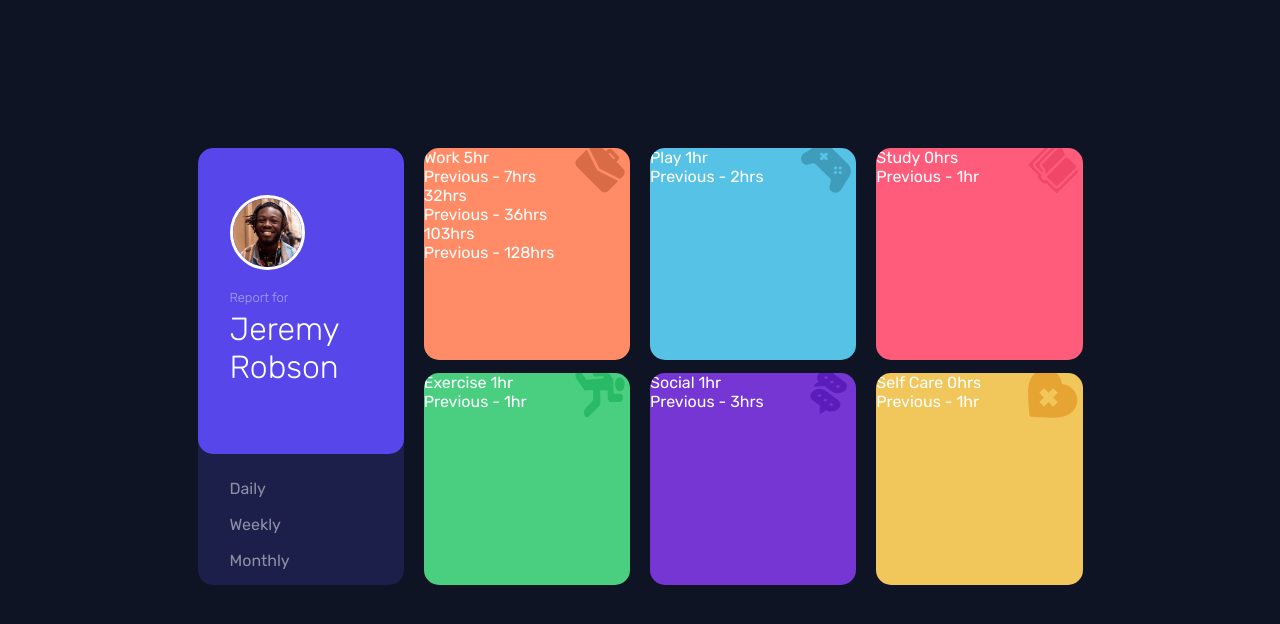
Repository: 3mr-5aled/time-tracking-dashboard-Junior
Page: index.html
The author's editor kept a copy of each file at every save. The page is drawn from the files as they stood at one save, then again after the next save.
The browser window is 1280 px wide. The pictures show the whole page.

Above is the page before, as saved 2022-12-27 20:39:08.

### index.html
<!DOCTYPE html>
<html lang="en">
  <head>
    <meta charset="UTF-8" />
    <meta name="viewport" content="width=device-width, initial-scale=1.0" />
    <!-- displays site properly based on user's device -->

    <link
      rel="icon"
      type="image/png"
      sizes="32x32"
      href="./images/favicon-32x32.png"
    />
    <link rel="stylesheet" href="style.css" />

    <title>Frontend Mentor | Time tracking dashboard</title>

    <!-- Feel free to remove these styles or customise in your own stylesheet 👍 -->
    <style>
      .attribution {
        display: none;
        font-size: 11px;
        text-align: center;
      }
      .attribution a {
        color: hsl(228, 45%, 44%);
      }
    </style>
  </head>
  <body>
    <div class="main">
      <div class="user">
        <div class="userData">
          <img src="images/image-jeremy.png" alt="userFace" />
          <div class="userInfo">
            <p>Report for</p>
            <span>Jeremy Robson</span>
          </div>
        </div>
        <div class="filter">
          <button>Daily</button>
          <button>Weekly</button>
          <button>Monthly</button>
        </div>
      </div>
      <div class="work">
        <img class="catImage" src="images/icon-work.svg" alt="" />
        <div class="daily">
          <span class="cat"> Work </span>
          5hr
          <!-- daily -->
          <div class="previous">Previous - 7hrs</div>
          <!-- daily -->
        </div>
        32hrs
        <!-- weekly -->
        <div class="previous">Previous - 36hrs</div>
        <!-- weekly -->
        103hrs
        <!-- monthly -->
        <div class="previous">Previous - 128hrs</div>
        <!-- monthly -->
      </div>
      <div class="play">
        <img class="catImage" src="images/icon-play.svg" alt="" />
        <div class="daily">
          <span class="cat"> Play </span>
          1hr
          <!-- daily -->
          <div class="previous">Previous - 2hrs</div>
          <!-- daily -->
        </div>
        <div class="weekly">
          10hrs
          <!-- weekly -->
          <div class="previous">Previous - 8hrs</div>
          <!-- weekly -->
        </div>
        <div class="monthly">
          23hrs
          <!-- monthly -->
          <div class="previous">Previous - 29hrs</div>
          <!-- monthly -->
        </div>
      </div>
      <div class="study">
        <img class="catImage" src="images/icon-study.svg" alt="" />
        <div class="daily">
          Study 0hrs
          <!-- daily -->
          <div class="previous">Previous - 1hr</div>
          <!-- daily -->
        </div>
        <div class="weekly">
          4hrs
          <!-- weekly -->
          <div class="previous">Previous - 7hrs</div>
          <!-- weekly -->
        </div>
        <div class="monthly">
          13hrs
          <!-- monthly -->
          <div class="previous">Previous - 19hrs</div>
          <!-- monthly -->
        </div>
      </div>

      <div class="exercise">
        <img class="catImage" src="images/icon-exercise.svg" alt="" />
        <div class="daily">
          Exercise 1hr
          <!-- daily -->
          <div class="previous">Previous - 1hr</div>
          <!-- daily -->
        </div>
        <div class="weekly">
          4hrs
          <!-- weekly -->
          <div class="previous">Previous - 5hrs</div>
          <!-- weekly -->
        </div>
        <div class="monthly">
          11hrs
          <!-- monthly -->
          <div class="previous">Previous - 18hrs</div>
          <!-- monthly -->
        </div>
      </div>

      <div class="social">
        <img class="catImage" src="images/icon-social.svg" alt="" />
        <div class="daily">
          Social 1hr
          <!-- daily -->
          <div class="previous">Previous - 3hrs</div>
          <!-- daily -->
        </div>
        <div class="weekly">
          5hrs
          <!-- weekly -->
          <div class="previous">Previous - 10hrs</div>
          <!-- weekly -->
        </div>
        <div class="monthly">
          21hrs
          <!-- monthly -->
          <div class="previous">Previous - 23hrs</div>
          <!-- monthly -->
        </div>
      </div>
      <div class="selfCare">
        <img class="catImage" src="images/icon-self-care.svg" alt="" />
        <div class="daily">
          Self Care 0hrs
          <!-- daily -->
          <div class="previous">Previous - 1hr</div>
          <!-- daily -->
        </div>
        <div class="weekly">
          2hrs
          <!-- weekly -->
          <div class="previous">Previous - 2hrs</div>
          <!-- weekly -->
        </div>
        <div class="monthly">
          7hrs
          <!-- monthly -->
          <div class="previous">Previous - 11hrs</div>
          <!-- monthly -->
        </div>
      </div>
    </div>
    <div class="attribution">
      Challenge by
      <a href="https://www.frontendmentor.io?ref=challenge" target="_blank"
        >Frontend Mentor</a
      >. Coded by <a href="#">3mr 5aled</a>.
    </div>
  </body>
</html>

### style.css
@import url("https://fonts.googleapis.com/css2?family=Rubik:wght@200;300;400;500&display=swap");

* {
  box-sizing: border-box;
  padding: 0;
  margin: 0;
  font-family: "Rubik", sans-serif;
}

:root {
  /* Primary colors */
  --blue: hsl(246, 80%, 60%);
  --light-orange: hsl(15, 100%, 70%); /*(work)*/
  --soft-blue: hsl(195, 74%, 62%); /*(play)*/
  --light-red: hsl(348, 100%, 68%); /*(study)*/
  --lime-green: hsl(145, 58%, 55%); /*(exercise)*/
  --violet: hsl(264, 64%, 52%); /*(social)*/
  --soft-yellow: hsl(43, 84%, 65%); /*(self care)*/

  /* Neutral colors */
  --very-dark-blue: hsl(226, 43%, 10%);
  --dark-blue: hsl(235, 46%, 20%);
  --light-purple: #5746ea;
  --desaturated-blue: hsl(235, 45%, 61%);
  --pale-blue: hsl(236, 100%, 87%);

  /* card font size */
  --fs-card: 18px;

  /* media quires */
  --mobile-view: 375px;
  --desktop-view: 1440px;
}

body {
  padding: 10px;
  background-color: var(--very-dark-blue);
  color: white;
  display: flex;
  /* align-items: center; */
  justify-content: center;
}

.main {
  display: grid;
  grid-template-columns: 1fr;
  grid-template-rows: repeat(7, 1fr);
  /* grid-row-gap: 10px; */
  grid-column-gap: 20px;
  grid-template-areas:
    "user"
    "work"
    "play"
    "study"
    "exercise"
    "social"
    "selfCare";
}
.user,
.work,
.play,
.study,
.exercise,
.social,
.selfCare {
  overflow: hidden;
  border-radius: 15px;
  margin-top: 0.8rem;
  /* padding: 1rem; */
  /* margin-right: 0.8rem; */
  /* margin-left: 1rem; */
}
/* start user section */
.user {
  grid-area: user;
  background: var(--dark-blue);
}
.userData {
  display: flex;
  flex-direction: row;
  align-items: center;
  justify-content: center;
  background: var(--light-purple);
  border-radius: 15px;
  padding: 15px;
}
.user img {
  border: 3px solid white;
  border-radius: 50%;
  height: 60px;
  width: 60px;
}
.userInfo {
  margin: 20px 0;
  margin-left: 15px;
}
.userInfo p {
  font-weight: 300;
  color: rgba(255, 255, 255, 0.5);
  padding-bottom: 5px;
  font-size: small;
}
.userInfo span {
  font-weight: 200;
  font-size: x-large;
}

.filter {
  display: flex;
  flex-direction: row;
  align-items: center;
  justify-content: space-evenly;
  margin: 1rem 0;
}

.filter button {
  background: transparent;
  border: none;
  font-size: medium;
  color: rgba(255, 255, 255, 0.5);
}
.filter button:hover {
  color: white;
}
/* end user section */
.monthly {
  display: none;
}
.weekly {
  display: none;
}

.catImage {
  width: 50px;
  height: 50px;
  float: right;
  transform: translate(-5px, -5px);
}
.work {
  grid-area: work;
  background-color: var(--light-orange);
}
.play {
  grid-area: play;
  background-color: var(--soft-blue);
}
.study {
  grid-area: study;
  background-color: var(--light-red);
}
.exercise {
  grid-area: exercise;
  background-color: var(--lime-green);
}
.social {
  grid-area: social;
  background-color: var(--violet);
}
.selfCare {
  grid-area: selfCare;
  background-color: var(--soft-yellow);
}

@media screen and (min-width: 375px) {
  body {
    align-items: center;
    height: 100vh;
    padding: 50px;
  }
  .main {
    grid-template-columns: repeat(4, 1fr);
    grid-template-rows: repeat(2, 1fr);
    grid-template-areas:
      "user work play study"
      "user exercise social selfCare";
    height: calc(100vh / 1.6);
    width: 75%;
  }

  .user img {
    width: 75px;
    height: 75px;
  }
  .userData {
    flex-direction: column;
    align-items: flex-start;
    justify-content: center;
    height: 70%;
    padding-left: 2rem;
  }
  .userInfo {
    margin-left: 0px;
  }
  .userInfo span {
    word-wrap: break-word;
    /* white-space: warp; */
    font-size: 2em;
  }
  .filter {
    margin-left: 2rem;
    height: 25%;
    /* gap: 5px; */
    align-items: flex-start;
    justify-content: space-around;
    flex-direction: column;
  }
}

After the next save:
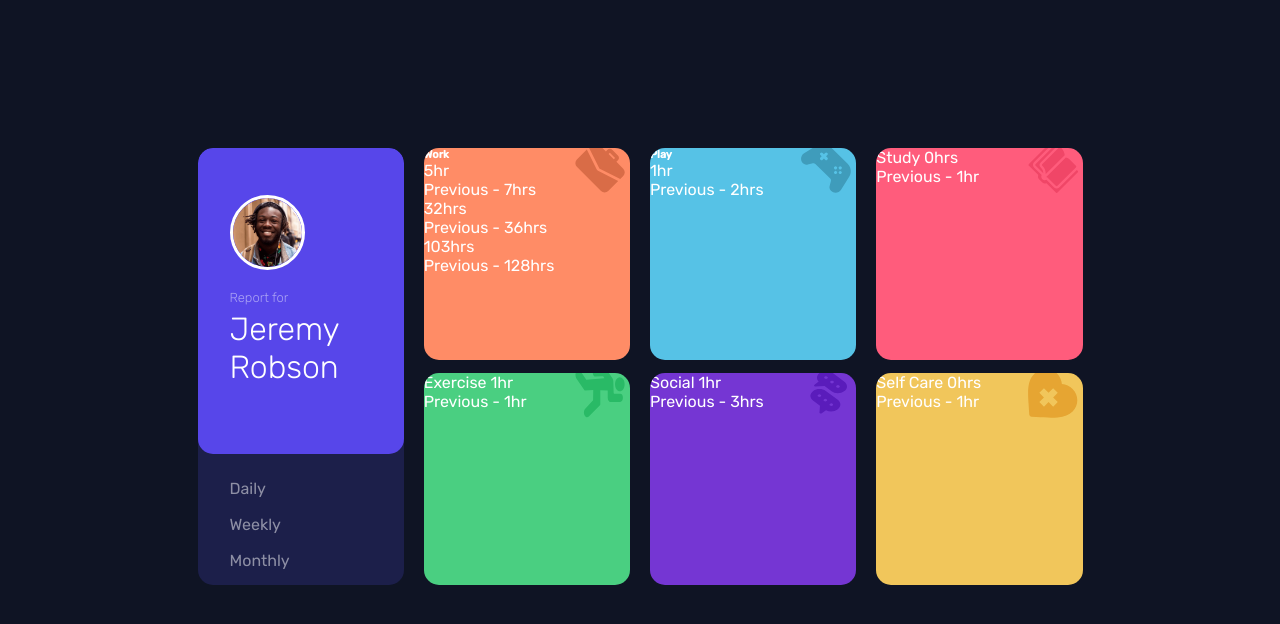
Saved 36 s later.
--- a/index.html
+++ b/index.html
@@ -46,7 +46,7 @@
       <div class="work">
         <img class="catImage" src="images/icon-work.svg" alt="" />
         <div class="daily">
-          <span class="cat"> Work </span>
+          <h6 class="cat">Work</h6>
           5hr
           <!-- daily -->
           <div class="previous">Previous - 7hrs</div>
@@ -64,7 +64,7 @@
       <div class="play">
         <img class="catImage" src="images/icon-play.svg" alt="" />
         <div class="daily">
-          <span class="cat"> Play </span>
+          <h6 class="cat">Play</h6>
           1hr
           <!-- daily -->
           <div class="previous">Previous - 2hrs</div>
